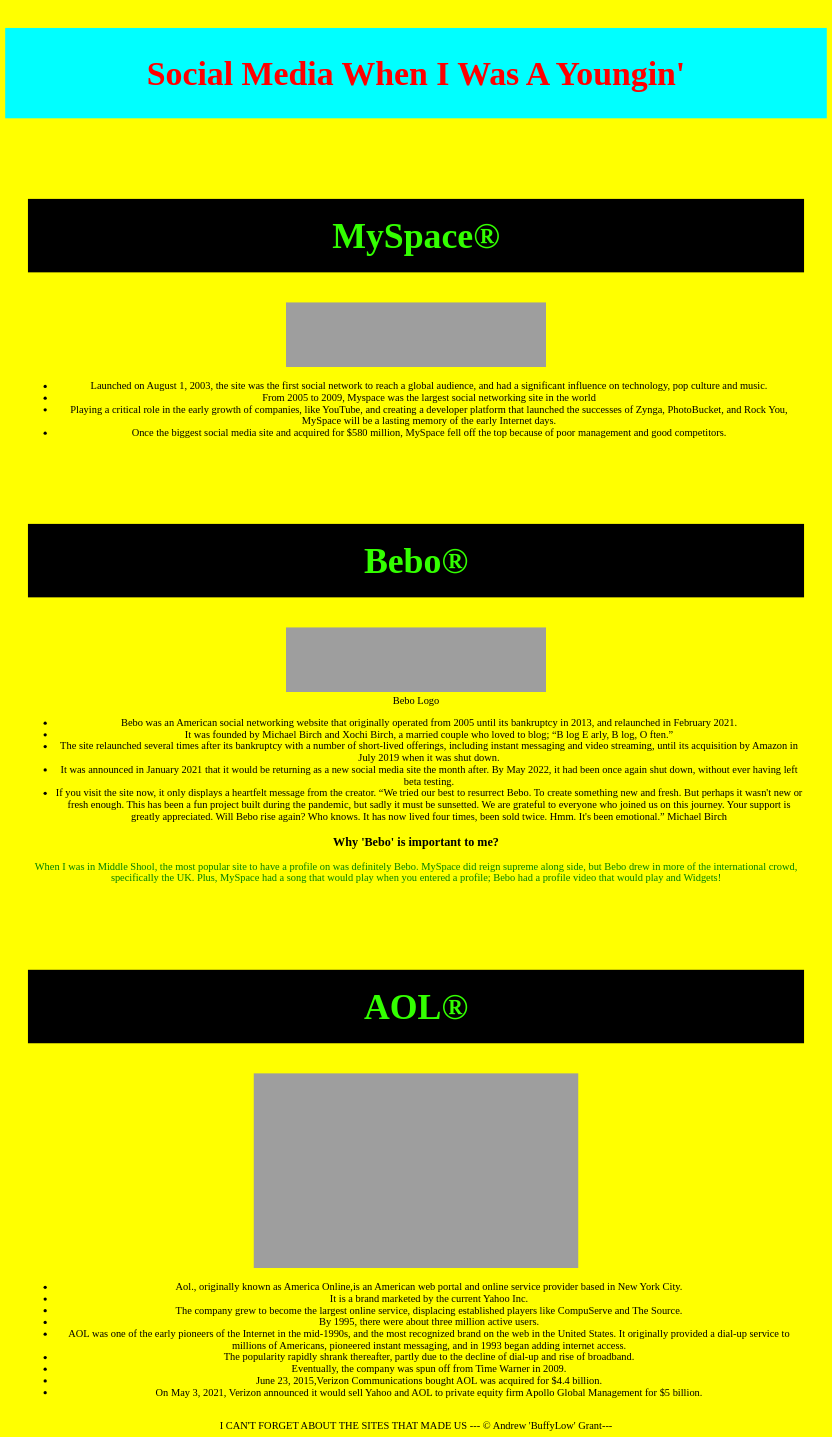
Repository: AndrewGrantt/LC101
Page: LC101/js-assignment-4-html-me-something-buffylow/index.html
The author's editor kept a copy of each file at every save. The page is drawn from the files as they stood at one save, then again after the next save.
The browser window is 1280 px wide. The pictures show the whole page, at 65% of full size.
Pictures or frames that could not be fetched are drawn as grey boxes.

Above is the page before, as saved 2022-07-18 23:27:47.

### LC101/js-assignment-4-html-me-something-buffylow/index.html
<!DOCTYPE html>
<head>
<title>SOCIAL NETWORKS FOR THE AGES</title>
<link rel="stylesheet" href="styles.css">
</head>
<body>
  <main>

<article class="all-sites">
   <h1 element id="mainHeading">Social Media When I Was A Youngin'</h1>

  <article class="sites">
   <section>
    <h2 id="headcolor">MySpace&reg;</h2>
    <img src="./Images/MySpace_logo.JPG" alt="MySpace Logo 2004-2010" width="400" height="100">
    <p>
     <ul>
      <li>Launched on August 1, 2003, the site was the first social network to reach a global audience, and had a significant influence on technology, pop culture and music.</li>

      <li>From 2005 to 2009, Myspace was the largest social networking site in the world</li>

      <li>Playing a critical role in the early growth of companies, like YouTube, and creating a developer platform that launched the successes of Zynga, PhotoBucket, and Rock You, MySpace will be a lasting memory of the early Internet days. </li>

      <li> Once the biggest social media site and acquired for $580 million, MySpace fell off the top because of poor management and good competitors. </li>
     </ul>
   </p>
   </section>
  </article>


  <article class="sites">
    <section>
    <h2 id="headcolor">Bebo&reg;</h2>
    <figure>
      <img src="./Images/bebo.JPG" alt="Bebo Logo" width="400" height="100">
      <figcaption>Bebo Logo</a></figcaption>
   </figure>
    <p>
    <ul>
      <li>Bebo was an American social networking website that originally operated from 2005 until its bankruptcy in 2013, and relaunched in February 2021.</li>
          <li>It was founded by Michael Birch and Xochi Birch, a married couple who loved to blog;
          “B log E arly, B log, O ften.” </li>
      <li>The site relaunched several times after its bankruptcy with a number of short-lived offerings, including instant messaging and video streaming, until its acquisition by Amazon in July 2019 when it was shut down. </li>
      <li>It was announced in January 2021 that it would be returning as a new social media site the month after. By May 2022, it had been once again shut down, without ever having left beta testing. </li>
     <li> If you visit the site now, it only displays a heartfelt message from the creator.


      “We tried our best to resurrect Bebo.
      To create something new and fresh.
      But perhaps it wasn't new or fresh enough.
      This has been a fun project built during the pandemic, but sadly it must be sunsetted. We are grateful to everyone who joined us on this journey. Your support is greatly appreciated.
      Will Bebo rise again?
      Who knows. It has now lived four times, been sold twice. Hmm.
      It's been emotional.”

      Michael Birch</li>
   </ul>
   </p>
    </section>
    <section>
      <h3 > Why 'Bebo' is important to me?</h3>
      <p element class="funParagraph" id="testP">
         When I was in Middle Shool, the most popular site to have a profile on was definitely Bebo. MySpace did reign supreme along side, but Bebo drew in more of the international crowd, specifically the UK.  Plus, MySpace had a song that would play when you entered a profile; Bebo had a profile video that would play and Widgets!
      </p>
    </section>
  </article>
  <article class="sites">
    <section>
    <h2 id="headcolor">AOL&reg;</h2>
    <img src="./Images/AOL.JPG" alt="AOL Logo" width="500" height="300">
    <p>
      <ul>
      <li>Aol., originally known as America Online,is an American web portal and online service provider based in New York City.</li>
      <li>It is a brand marketed by the current Yahoo Inc.</li>
      <li>The company grew to become the largest online service, displacing established players like CompuServe and The Source. </li>
      <li>By 1995, there were about three million active users.</li>
      <li>AOL was one of the early pioneers of the Internet in the mid-1990s, and the most recognized brand on the web in the United States. It originally provided a dial-up service to millions of Americans, pioneered instant messaging, and in 1993 began adding internet access.</li>
       <li>The popularity rapidly shrank thereafter, partly due to the decline of dial-up and rise of broadband.</li>
      <li>Eventually, the company was spun off from Time Warner in 2009.</li>
      <li>June 23, 2015,Verizon Communications bought AOL was acquired for $4.4 billion.</li>
      <li>On May 3, 2021, Verizon announced it would sell Yahoo and AOL to private equity firm Apollo Global Management for $5 billion.</li>
      </ul>
      </p>
    </section>
  </article>
</article>
  </main>
<footer id="foot" >
   I CAN'T FORGET ABOUT THE SITES THAT MADE US

  --- &copy; Andrew 'BuffyLow' Grant---
</footer>
</body>
</html>

### LC101/js-assignment-4-html-me-something-buffylow/styles.css

body {
    background-color:yellow;
    margin: 8px;
    display: block;
    position: relative;
  }

    .sites {
    color: black;
    text-align: center;
    padding: 35px;
    background-color: lime
    font-size: 30px;
  }

  #mainHeading {
    background-color:aqua;
    color: red;
    padding: 40px;
    text-align: center;
    font-size: 52px;
  }

    .funParagraph{
        color:green
    }
    #headcolor{
        color:rgb(51, 255, 0);
        padding: 25px;
        background-color: black;
        font-size: 55px;

    }
    #foot{
      color:black;
      text-align:center;
  }
  footer {
    position: absolute;
    right: 0;bottom:0;left:0;
  }

After the next save:
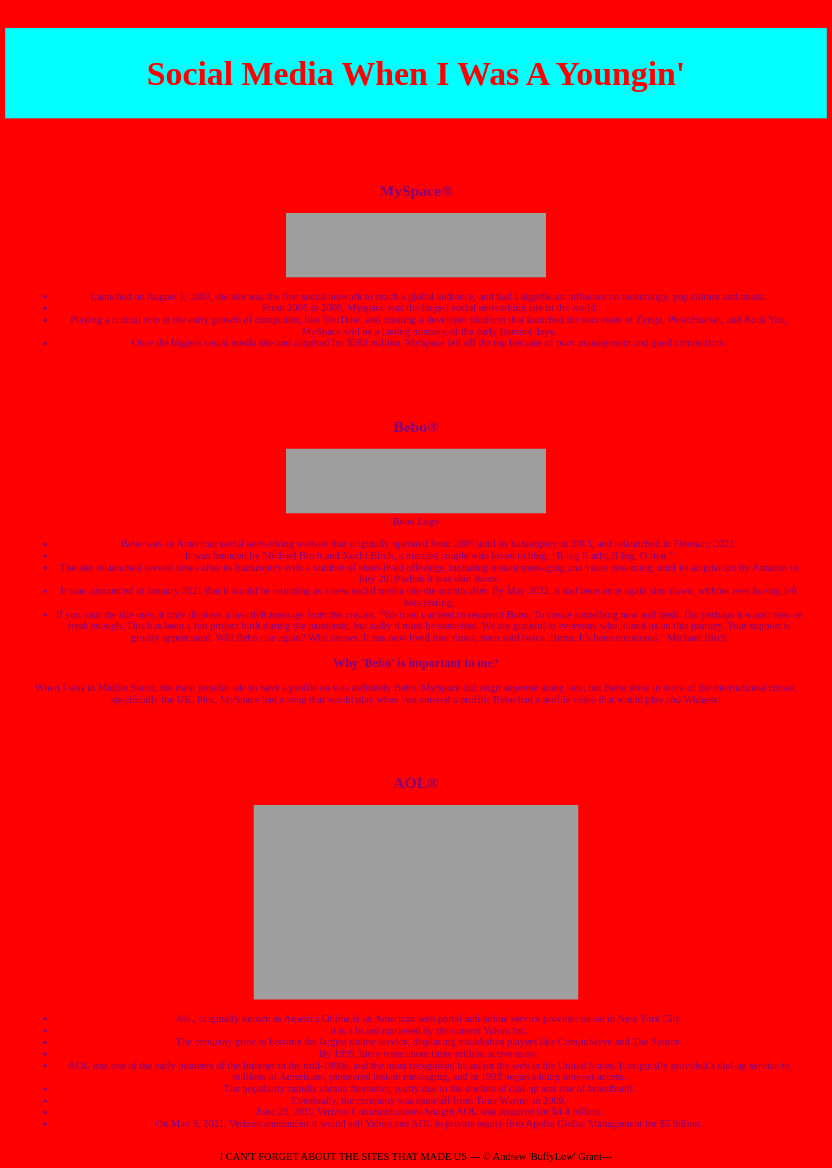
Saved 6 min 9 s later.
--- a/LC101/js-assignment-4-html-me-something-buffylow/styles.css
+++ b/LC101/js-assignment-4-html-me-something-buffylow/styles.css
@@ -1,19 +1,18 @@
 
 body {
-    background-color:yellow;
+    background-color:red;
     margin: 8px;
     display: block;
     position: relative;
   }
 
     .sites {
-    color: black;
+    color: purple;
     text-align: center;
     padding: 35px;
     background-color: lime
-    font-size: 30px;
+    font-size: 45px;
   }
-
   #mainHeading {
     background-color:aqua;
     color: red;
@@ -24,14 +23,15 @@
 
     .funParagraph{
         color:green
+        font-size: 40px
     }
-    #headcolor{
+    /* #headcolor{
         color:rgb(51, 255, 0);
         padding: 25px;
-        background-color: black;
+        background-color: purple;
         font-size: 55px;
 
-    }
+    } */
     #foot{
       color:black;
       text-align:center;
